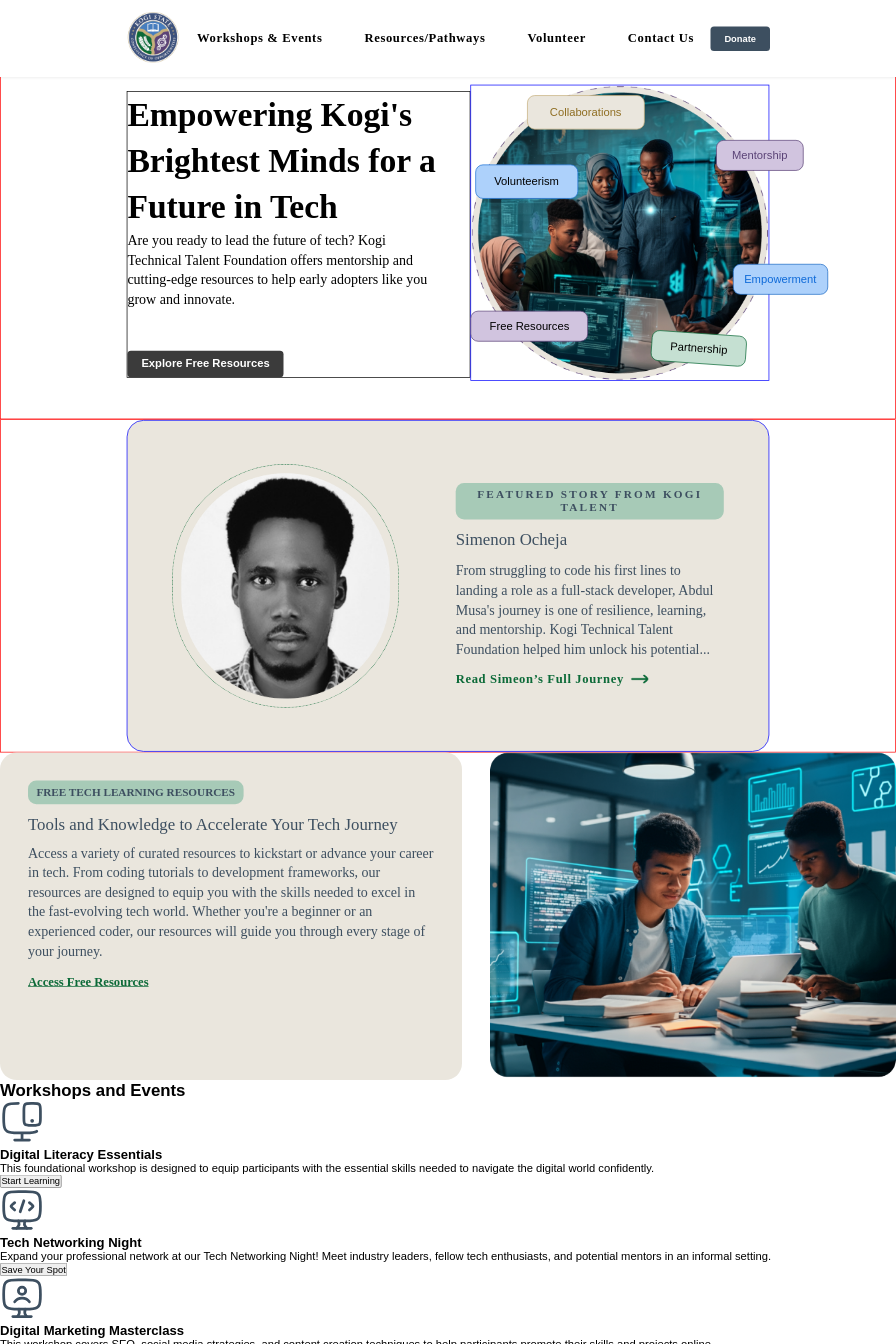
Repository: Cryptim/3MTT-Kogi-Foundation
Page: index.html
The author's editor kept a copy of each file at every save. The page is drawn from the files as they stood at one save, then again after a run of saves.
The browser window is 1280 px wide. The pictures show the part of the page from y = 0 to 1920 px (the page is 5055 px tall), at 70% of full size.

Above is the page before, as saved 2024-11-15 01:56:53.

### index.html
<!DOCTYPE html>
<html lang="en">
  <head>
    <meta charset="UTF-8" />
    <meta name="viewport" content="width=device-width, initial-scale=1.0" />
    <title>Three Million Technical Talent Foundation</title>
    <link rel="stylesheet" href="stlyes/style.css" />
  </head>
  <body>
    <header class="header">
      <div class="logo">
        <img src="assets/images/logo.png" alt="Foundation Logo" />
      </div>
      <nav class="nav">
        <a href="#">Workshops & Events</a>
        <a href="#">Resources/Pathways</a>
        <a href="#">Volunteer</a>
        <a href="#">Contact Us</a>
      </nav>
      <div class="donate-button">
        <button>Donate</button>
      </div>
    </header>
    <!-- Hero sections -->
    <div class="padding hero-section">
      <div class="text-container">
        <h1>Empowering Kogi's Brightest Minds for a Future in Tech</h1>
        <p>
          Are you ready to lead the future of tech? Kogi Technical Talent
          Foundation offers mentorship and cutting-edge resources to help early
          adopters like you grow and innovate.
        </p>
        <div class="explore-button">
          <button>Explore Free Resources</button>
        </div>
      </div>
      <div class="image-container">
        <img
          src="assets/images/Frame 5.png"
          alt="Team working with technology"
        />
        <div class="tag tag-collaborations">Collaborations</div>
        <div class="tag tag-volunteerism">Volunteerism</div>
        <div class="tag tag-mentorship">Mentorship</div>
        <div class="tag tag-empowerment">Empowerment</div>
        <div class="tag tag-free-resources">Free Resources</div>
        <div class="tag tag-partnership">Partnership</div>
      </div>
    </div>
    <!-- Featured Story Section -->
    <div class="padding featuredStoryContainer">
      <div class="featuredStory"
      >
        <div  class="featuredStoryDottedImageLine"
        >
          <img class="featuredStoryImage"
            src="assets/images/Simeon ocheja 1.png"
            alt="Simenon Ocheja"
          />
        </div>
        <div
          style="width: 589px; display: flex; flex-direction: column; gap: 16px"
        >
          <div class="featuredStoryTextContainer"

          >
            <span class="featuredStoryText"

              >Featured Story from Kogi talent</span
            >
          </div>
          <h2
            style="
              color: #3d4f60;
              font-size: 24px;
              font-family: Cascadia Code;
              font-weight: 400;
            "
          >
            Simenon Ocheja
          </h2>
          <p
            style="
              width: 100%;
              color: #3d4f60;
              font-size: 20px;
              font-family: Cascadia Code;
              font-weight: 300;
              line-height: 28px;
              word-wrap: break-word;
            "
          >
            From struggling to code his first lines to landing a role as a
            full-stack developer, Abdul Musa's journey is one of resilience,
            learning, and mentorship. Kogi Technical Talent Foundation helped
            him unlock his potential...
          </p>
          <div style="display: flex; align-items: center; gap: 8px">
            <span
              style="
                color: #0c6a38;
                font-size: 18px;
                font-family: Cascadia Code;
                font-weight: 700;
                line-height: 27.2px;
                letter-spacing: 0.9px;
                word-wrap: break-word;
              "
              >Read Simeon’s Full Journey</span
            >
        <img src="./assets/images/icons/arrow-right-02.png" alt="arrow-right-02">
            </div>
          </div>
        </div>
      </div>
    </div>
    <!-- Free Tech Learning Resources Section -->
    <div style="display: flex; gap: 40px">
      <div
        style="flex: 1; padding: 40px; background: #eae6dd; border-radius: 24px"
      >
        <div
          style="
            padding: 8px 12px;
            background: #a7cab7;
            border-radius: 12px;
            display: inline-block;
          "
        >
          <span
            style="
              color: #3d4f60;
              font-size: 16px;
              font-family: Cascadia Code;
              font-weight: 600;
              text-transform: uppercase;
            "
            >Free Tech Learning Resources</span
          >
        </div>
        <h3
          style="
            color: #3d4f60;
            font-size: 24px;
            font-family: Cascadia Code;
            font-weight: 400;
            margin-top: 16px;
          "
        >
          Tools and Knowledge to Accelerate Your Tech Journey
        </h3>
        <p
          style="
            color: #3d4f60;
            font-size: 20px;
            font-family: Cascadia Code;
            font-weight: 300;
            line-height: 1.4;
            margin-top: 12px;
          "
        >
          Access a variety of curated resources to kickstart or advance your
          career in tech. From coding tutorials to development frameworks, our
          resources are designed to equip you with the skills needed to excel in
          the fast-evolving tech world. Whether you're a beginner or an
          experienced coder, our resources will guide you through every stage of
          your journey.
        </p>
        <a
          href="#"
          style="
            color: #0c6a38;
            font-size: 18px;
            font-family: Cascadia Code;
            font-weight: 700;
            display: inline-block;
            margin-top: 20px;
          "
          >Access Free Resources</a
        >
      </div>
      <div style="flex: 1">
        <img
          style="width: 100%; border-radius: 24px"
          src="assets/images/Resources image 1.png"
          alt="Tech Journey"
        />
      </div>
    </div>
    <!-- workshop section -->
    <section class="workshops-section">
      <h2>Workshops and Events</h2>
      <div class="workshops-container">
        <div class="workshop-card">
          <div class="icon">
            <img
              src="assets/images/computer-phone-sync.svg"
              alt="Digital Literacy Icon"
            />
          </div>
          <h3>Digital Literacy Essentials</h3>
          <p>
            This foundational workshop is designed to equip participants with
            the essential skills needed to navigate the digital world
            confidently.
          </p>
          <button>Start Learning</button>
        </div>
        <div class="workshop-card">
          <div class="icon">
            <img
              src="assets/images/computer-programming-01.svg"
              alt="Networking Icon"
            />
          </div>
          <h3>Tech Networking Night</h3>
          <p>
            Expand your professional network at our Tech Networking Night! Meet
            industry leaders, fellow tech enthusiasts, and potential mentors in
            an informal setting.
          </p>
          <button>Save Your Spot</button>
        </div>
        <div class="workshop-card">
          <div class="icon">
            <img
              src="assets/images/computer-video-call.svg"
              alt="Marketing Icon"
            />
          </div>
          <h3>Digital Marketing Masterclass</h3>
          <p>
            This workshop covers SEO, social media strategies, and content
            creation techniques to help participants promote their skills and
            projects online.
          </p>
          <button>Join the Masterclass</button>
        </div>
      </div>
    </section>
    <!--  Event section-->
    <section class="events-section">
      <h2>Upcoming Events</h2>
      <div class="events-container">
        <div class="event-card">
          <img
            src="assets/images/cloud-african 1.png"
            alt="Cloud Computing Workshop"
          />
          <h3>Getting Started with Cloud Computing: A Beginner's Guide</h3>
          <p>
            This introductory workshop will guide you through the fundamentals
            of cloud computing.
          </p>
          <div class="event-info">
            <span class="event-date"
              ><img
                src="assets/images/calendar-01.svg"
                alt="Calendar Icon"
                class="icon"
              />
              December 5, 2024</span
            >
            <span class="event-time"
              ><img
                src="assets/images/alarm-clock.svg"
                alt="Clock Icon"
                class="icon"
              />
              10:00 AM - 12:00 PM</span
            >
          </div>
        </div>
        <div class="event-card">
          <img
            src="assets/images/digital marketing.png"
            alt="Social Media for Entrepreneurs"
          />
          <h3>Mastering Social Media for Digital Entrepreneurs</h3>
          <p>
            Discover content creation strategies, audience engagement
            techniques, and more.
          </p>
          <div class="event-info">
            <span class="event-date"
              ><img
                src="assets/images/calendar-01.svg"
                alt="Calendar Icon"
                class="icon"
              />
              December 5, 2024</span
            >
            <span class="event-time"
              ><img
                src="assets/images/alarm-clock.svg"
                alt="Clock Icon"
                class="icon"
              />
              10:00 AM - 12:00 PM</span
            >
          </div>
        </div>
        <div class="event-card">
          <img
            src="assets/images/python.png"
            alt="Python Programming Workshop"
          />
          <h3>Intro to Python Programming: Building Your First App</h3>
          <p>
            This online workshop is perfect for beginners looking to learn
            Python programming.
          </p>
          <div class="event-info">
            <span class="event-date"
              ><img
                src="assets/images/calendar-01.svg"
                alt="Calendar Icon"
                class="icon"
              />
              December 5, 2024</span
            >
            <span class="event-time"
              ><img
                src="assets/images/alarm-clock.svg"
                alt="Clock Icon"
                class="icon"
              />
              10:00 AM - 12:00 PM</span
            >
          </div>
        </div>
      </div>
    </section>
    <!-- Mentor section -->
    <section class="mentors-section">
      <h2>Meet Our Mentors and Contributors</h2>
      <p>
        Meet Our MAt the heart of the Kogi Technical Talent Foundation is a
        dedicated team of mentors and contributors who are passionate about
        sharing their knowledge and expertise. Our mentors come from diverse
        backgrounds in technology, entrepreneurship, and innovation, providing
        invaluable guidance to help you navigate your career journey. Whether
        you're looking to enhance your coding skills, explore new fields like
        digital marketing, or get advice on launching your own tech startup, our
        mentors are here to support you.
      </p>
      <a href="#" class="explore-link">Explore Our Mentor’s Profile →</a>
      <div class="mentors-container">
        <div class="mentor-card">
          <img src="assets/images/Frame 19.png" alt="Omachoko Arome" />
          <h3>Omachoko Arome</h3>
        </div>
        <div class="mentor-card">
          <img src="assets/images/Frame 20.png" alt="Marian Musa" />
          <h3>Marian Musa</h3>
        </div>
        <div class="mentor-card">
          <img src="assets/images/Frame 21.png" alt="Ismaila Omeiza" />
          <h3>Ismaila Omeiza</h3>
        </div>
        <div class="mentor-card">
          <img src="assets/images/Frame 22.png" alt="Timothy Ignatius" />
          <h3>Timothy Ignatius</h3>
        </div>
      </div>
    </section>
    <!-- Footer -->
    <section>
      <div class="Partners">
        <div class="OurPartners">Our Partners</div>
        <div class="Frame23">
          <div class="NitdaLogo">
            <img
              class="NitdaLogoNewest1RemovebgPreview"
              style="width: 232.86px; height: 113.82px"
              src="https://via.placeholder.com/233x114"
            />
          </div>
          <div class="NitdaLogo">
            <img
              class="MttRemovebgPreview"
              style="width: 232.86px; height: 113.82px"
              src="https://via.placeholder.com/233x114"
            />
          </div>
          <div class="NitdaLogo">
            <img
              class="KogiLogo"
              style="width: 232.86px; height: 113.82px"
              src="https://via.placeholder.com/233x114"
            />
          </div>
          <div class="NitdaLogo">
            <img
              class="MistLogoRemovebgPreview"
              style="width: 232.86px; height: 113.82px"
              src="https://via.placeholder.com/233x114"
            />
          </div>
        </div>
      </div>

      <div class="Footer">
        <div class="Frame24">
          <img class="KogiLogo1" src="https://via.placeholder.com/78x78" />
          <div class="EmpoweringKogiSBrightestMindsForAFutureInTech">
            Empowering Kogi's Brightest Minds for a Future in Tech
          </div>
        </div>

        <div class="NavigataionMenu">
          <div class="Workshops">
            <div class="QuickLinks">Quick Links</div>
          </div>
          <div class="Workshops">
            <div class="WorkshopsEvents">Workshops & Events</div>
          </div>
          <div class="Resources">
            <div class="ResourcesPathways">Resources/Pathways</div>
          </div>
          <div class="Volunteer">
            <div>Volunteer</div>
          </div>
          <div class="ContactUs">
            <div>Contact Us</div>
          </div>
        </div>

        <div class="Frame25">
          <div class="Donate">
            <div>Donate Now</div>
          </div>
          <div class="ContactUs">
            <div class="ConnectWithUs">Connect with Us</div>
          </div>
          <div class="Frame26">
            <div class="Facebook02">
              <div class="Vector"></div>
            </div>
            <div class="NewTwitter">
              <div class="Vector"></div>
            </div>
            <div class="Linkedin02">
              <div class="Vector"></div>
              <div class="Vector"></div>
              <div class="Vector"></div>
            </div>
            <div class="Instagram">
              <div class="Vector"></div>
              <div class="Vector"></div>
              <div class="Vector"></div>
            </div>
          </div>
        </div>
      </div>

      <div class="Frame27">
        <div
          class="AllRightsReserved3mttFellowBiweeklyBuildWithAFellowChallenge2024"
        >
          All rights reserved 3MTT Fellow Biweekly Build With a Fellow Challenge
          ©2024
        </div>
      </div>
    </section>
  </body>
</html>

Loaded but not shown: stlyes/style.css (847 lines, source omitted)

After the next 5 saves:
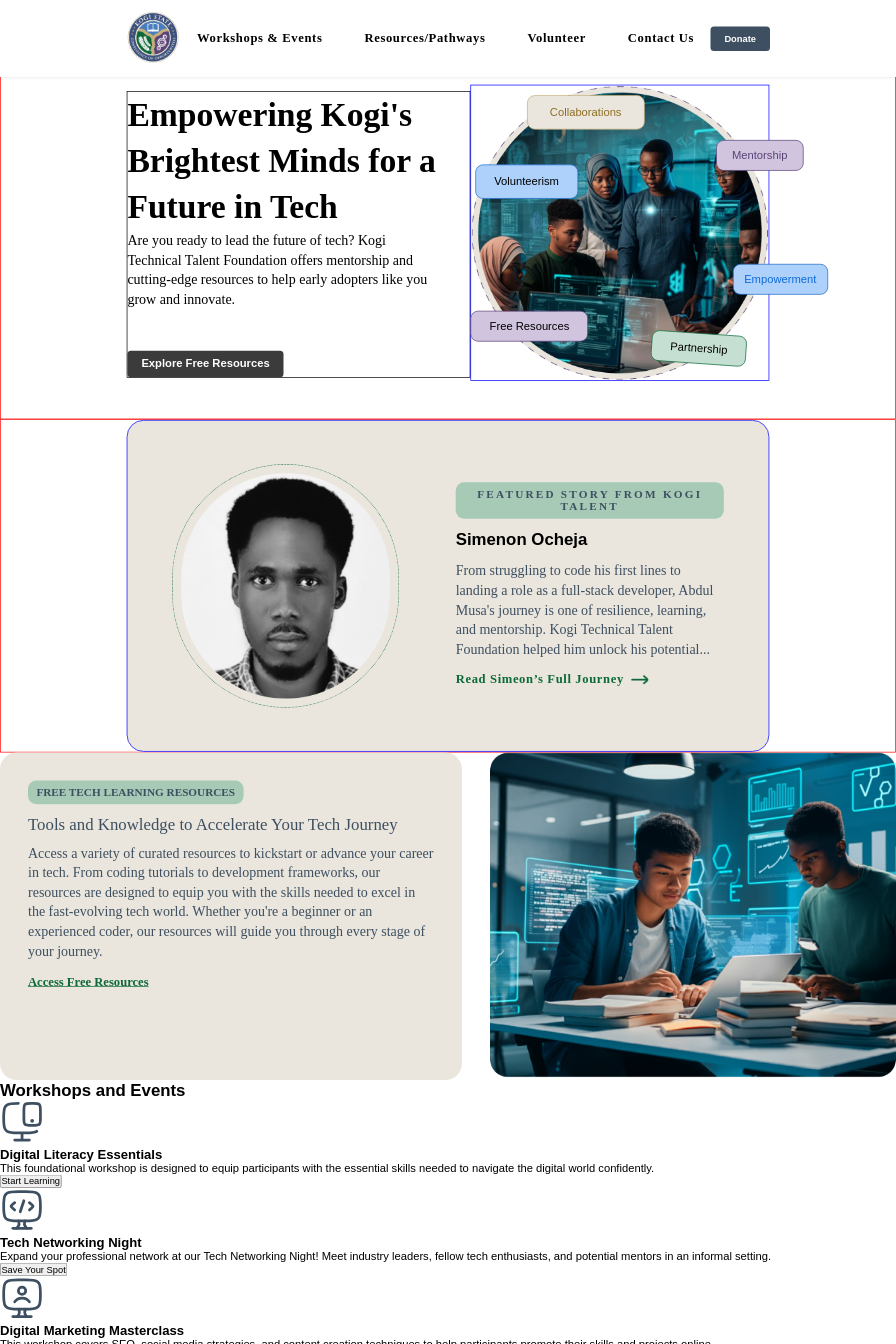
The 5 saves are shown as one change because they came seconds apart.
The last was saved 25 s later.
--- a/index.html
+++ b/index.html
@@ -69,12 +69,9 @@
               >Featured Story from Kogi talent</span
             >
           </div>
-          <h2
+          <h2 class="featuredStoryName"
             style="
-              color: #3d4f60;
-              font-size: 24px;
-              font-family: Cascadia Code;
-              font-weight: 400;
+
             "
           >
             Simenon Ocheja
